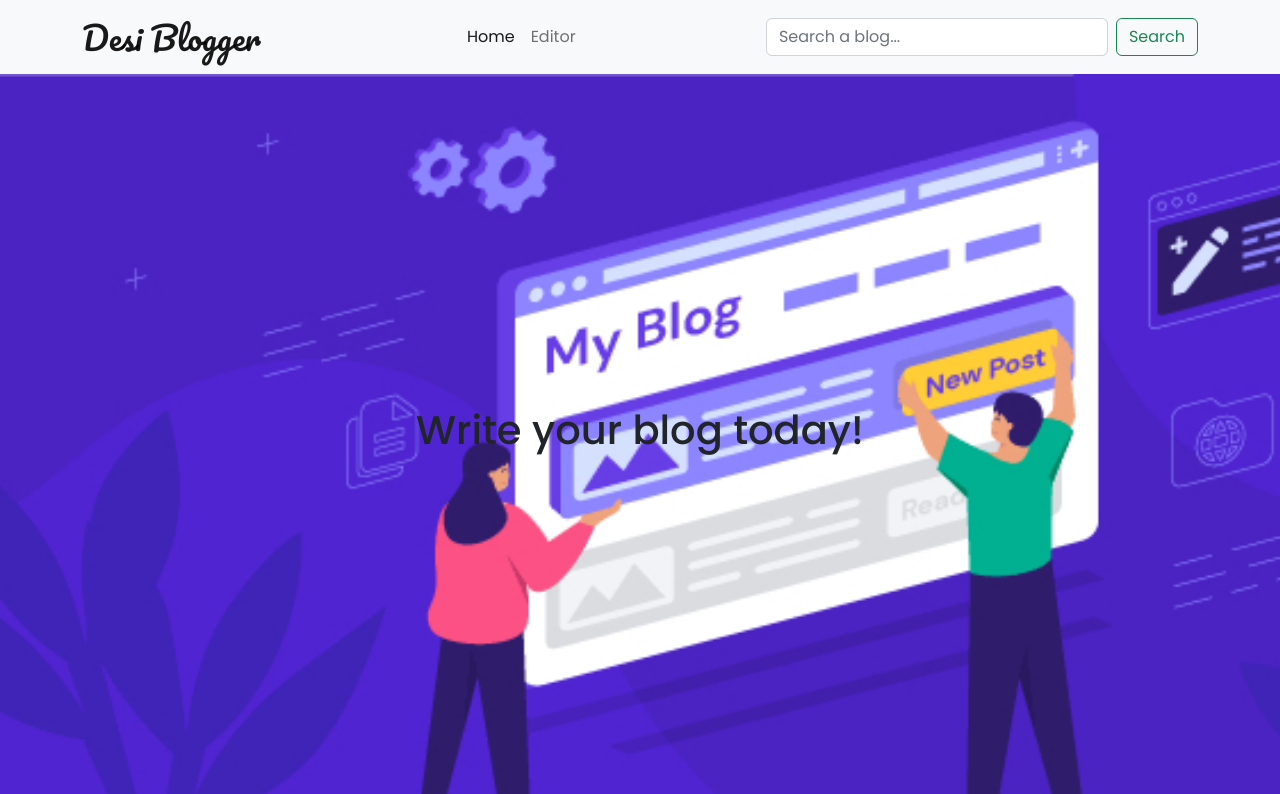
Repository: badhon252/Desi_Blogger
Page: public/home.html
The author's editor kept a copy of each file at every save. The page is drawn from the files as they stood at one save, then again after the next save.
The browser window is 1280 px wide. The pictures show the whole page.

Above is the page before, as saved 2022-11-15 19:38:13.

### public/home.html
<!DOCTYPE html>
<html lang="en">

<head>
    <meta charset="UTF-8">
    <meta http-equiv="X-UA-Compatible" content="IE=edge">
    <meta name="viewport" content="width=device-width, initial-scale=1.0">

    <!-- favicon  -->
    <link rel="icon" sizes="180x180" href="./img/favicon_io/android-chrome-192x192.png">

    <!-- bs-5 link -->
    <link rel="stylesheet" href="https://cdn.jsdelivr.net/npm/bootstrap@5.2.2/dist/css/bootstrap.min.css">
    <!-- custom css  -->
    <link rel="stylesheet" href="css/home.css">
    <!-- fonts  -->
    <link rel="preconnect" href="https://fonts.googleapis.com">
    <link rel="preconnect" href="https://fonts.gstatic.com" crossorigin>
    <link href="https://fonts.googleapis.com/css2?family=Poppins:wght@400;500;600;700;800;900&display=swap"
        rel="stylesheet">
    <title>Desi-Blogger</title>
</head>

<body>
    <header id="header">
        <nav class="navbar navbar-expand-lg bg-light">
            <div class="container">
                <a class="navbar-brand" href="#">Desi Blogger</a>
                <button class="navbar-toggler" type="button" data-bs-toggle="collapse"
                    data-bs-target="#navbarSupportedContent" aria-controls="navbarSupportedContent"
                    aria-expanded="false" aria-label="Toggle navigation">
                    <span class="navbar-toggler-icon"></span>
                </button>
                <div class="collapse navbar-collapse" id="navbarSupportedContent">
                    <ul class="navbar-nav m-auto mb-2 mb-lg-0">
                        <li class="nav-item">
                            <a class="nav-link active" href="#">Home</a>
                        </li>
                        <li class="nav-item">
                            <a class="nav-link" href="#">Editor</a>
                        </li>

                    </ul>
                    <form class="d-flex" role="search">
                        <input class="form-control me-2" type="search" placeholder="Search a blog..."
                            aria-label="Search">
                        <button class="btn btn-outline-success" type="submit">Search</button>
                    </form>
                </div>
            </div>
        </nav>
        <section class="header-content">
            <h1>Write your blog today!</h1>
        </section>
    </header>

    <script src="https://cdn.jsdelivr.net/npm/bootstrap@5.2.2/dist/js/bootstrap.bundle.min.js"></script>
</body>

</html>

### public/css/home.css
@import url("https://fonts.googleapis.com/css2?family=Pacifico&display=swap");
* {
  margin: 0;
  padding: 0;
  box-sizing: border-box;
}

body {
  font-family: "Poppins", sans-serif;
  background-image: repeating-linear-gradient(
      45deg,
      rgb(255, 255, 255) 0px,
      rgb(255, 255, 255) 10px,
      transparent 10px,
      transparent 11px
    ),
    repeating-linear-gradient(
      135deg,
      rgb(255, 255, 255) 0px,
      rgb(255, 255, 255) 10px,
      transparent 10px,
      transparent 11px
    ),
    linear-gradient(90deg, rgba(213, 211, 217, 0.33), rgba(213, 211, 217, 0.33));
  position: relative;
}
::selection {
  background: #1b1b1b;
  color: #fff;
}

.navbar-brand {
  font-family: "Pacifico", cursive;
  font-size: 2rem;
}

.header-content {
  width: 100%;
  height: calc(100vh);
  background-image: url(../img/header-content.jpg);
  background-size: cover;
  display: flex;
  justify-content: center;
  align-items: center;
}

After the next save:
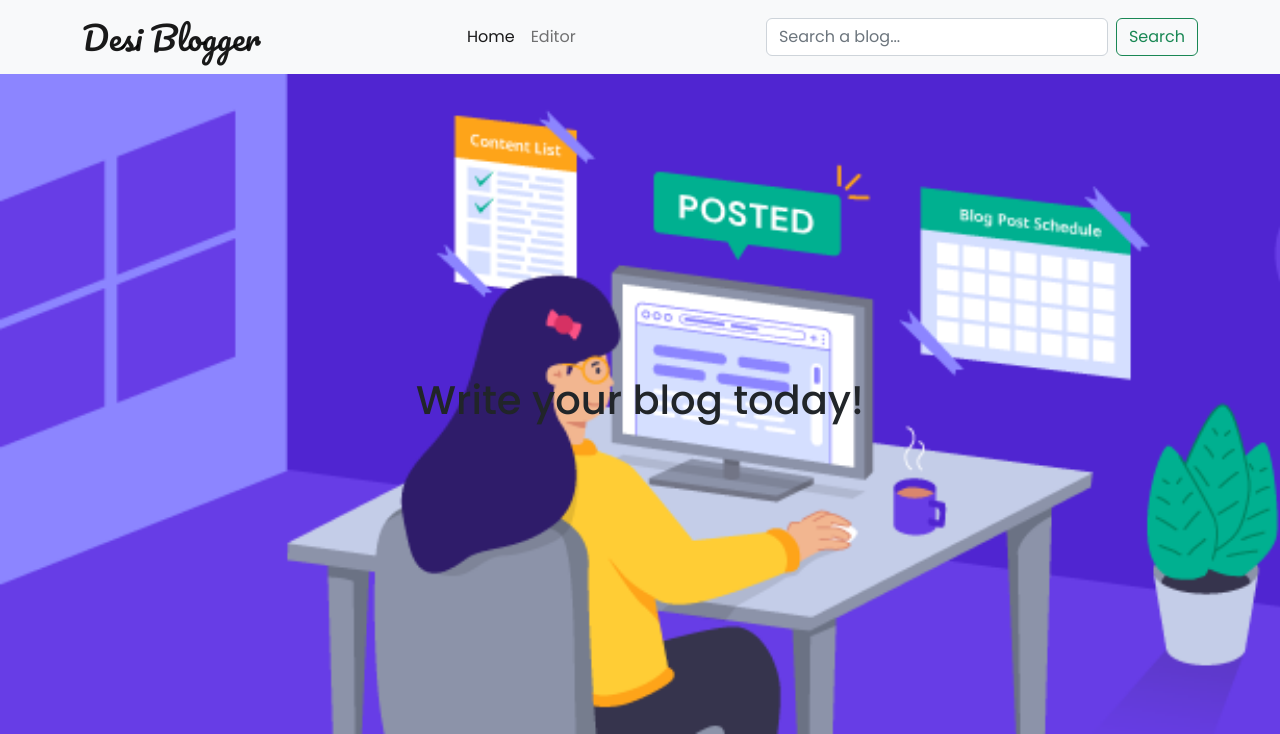
Saved 10 s later.
--- a/public/css/home.css
+++ b/public/css/home.css
@@ -36,8 +36,8 @@ body {
 
 .header-content {
   width: 100%;
-  height: calc(100vh);
-  background-image: url(../img/header-content.jpg);
+  height: calc(100vh - 60px);
+  background-image: url(../img/how-to-start-a-blog.png);
   background-size: cover;
   display: flex;
   justify-content: center;
